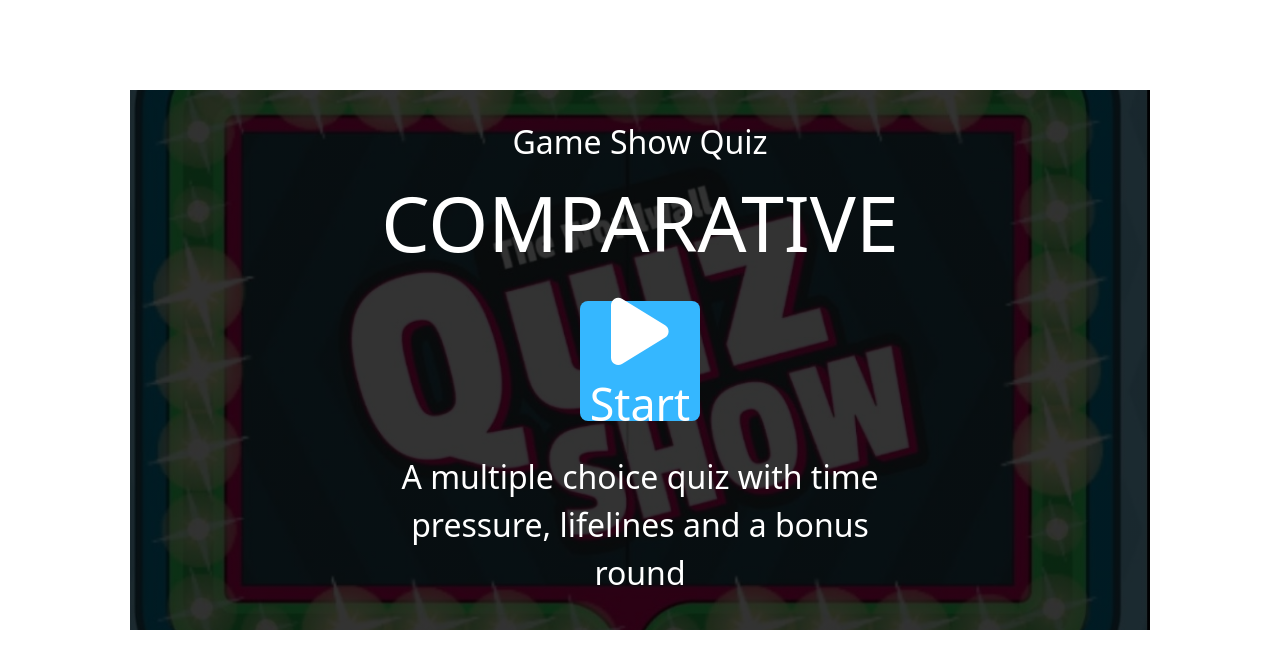
Repository: litaiqiang1407/comparative-gq
Page: /
An editor plug-in stored every save of this project. The page is shown before and after the next save, followed by the edit.
The browser window is 1280 px wide. The pictures show the whole page.
The project was rebuilt for these pictures with package versions that can differ from the ones it lists, and the page was loaded fresh each time. Also part of the build but not shown: vue.config.js.

Above is the page before, as saved 2024-06-20 22:18:17.

After the next save:
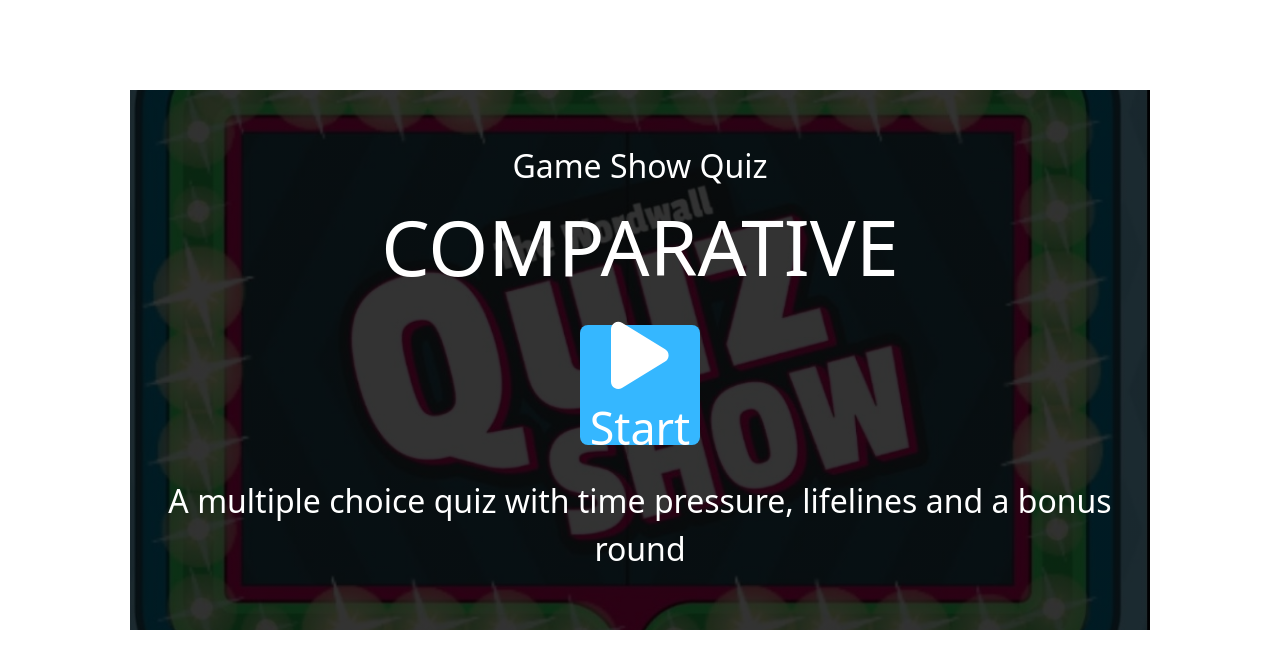
Saved 33 s later.
--- a/src/components/StartGame/StartGame.scss
+++ b/src/components/StartGame/StartGame.scss
@@ -51,7 +51,6 @@
       }
     }
     .description {
-      width: 480px;
       font-size: 2rem;
       margin-top: 2rem;
       text-align: center;
